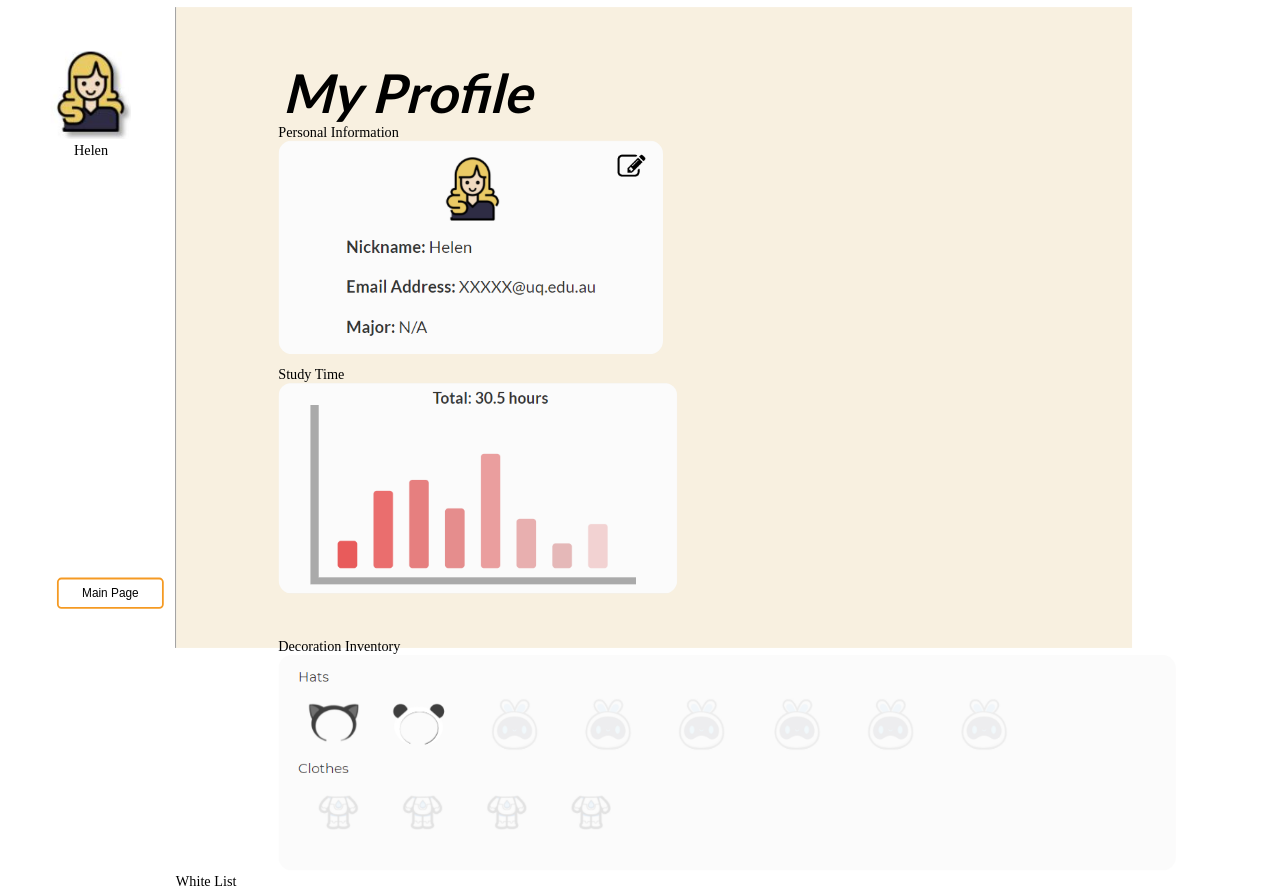
Repository: Team-Extrememe/Online-Study-Room
Page: profile.html
The author's editor kept a copy of each file at every save. The page is drawn from the files as they stood at one save, then again after the next save.
The browser window is 1280 px wide. The page is 1433 px wide, so the pictures cover 1433 px, including what lies to the right of the window. The pictures show the whole page, at 89% of full size.

Above is the page before, as saved 2021-10-17 15:31:22.

After the next save:
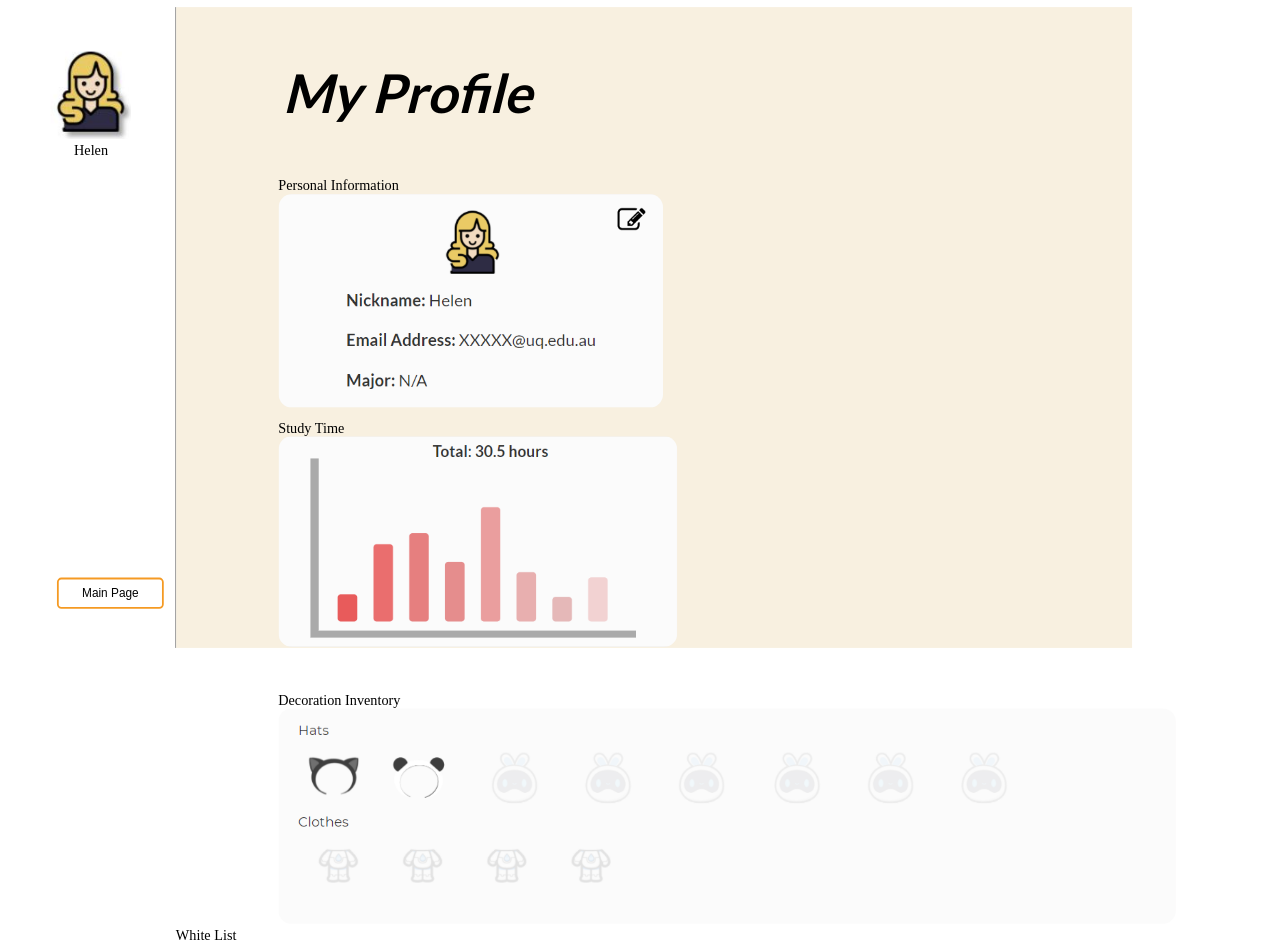
Saved 38 s later.
--- a/css/profile.css
+++ b/css/profile.css
@@ -59,6 +59,7 @@
     font-family: 'Lato', sans-serif;
     padding-left: 2em;
     padding-top: 1em;
+    padding-bottom: 1em;
 }
 
 .personal_information{
